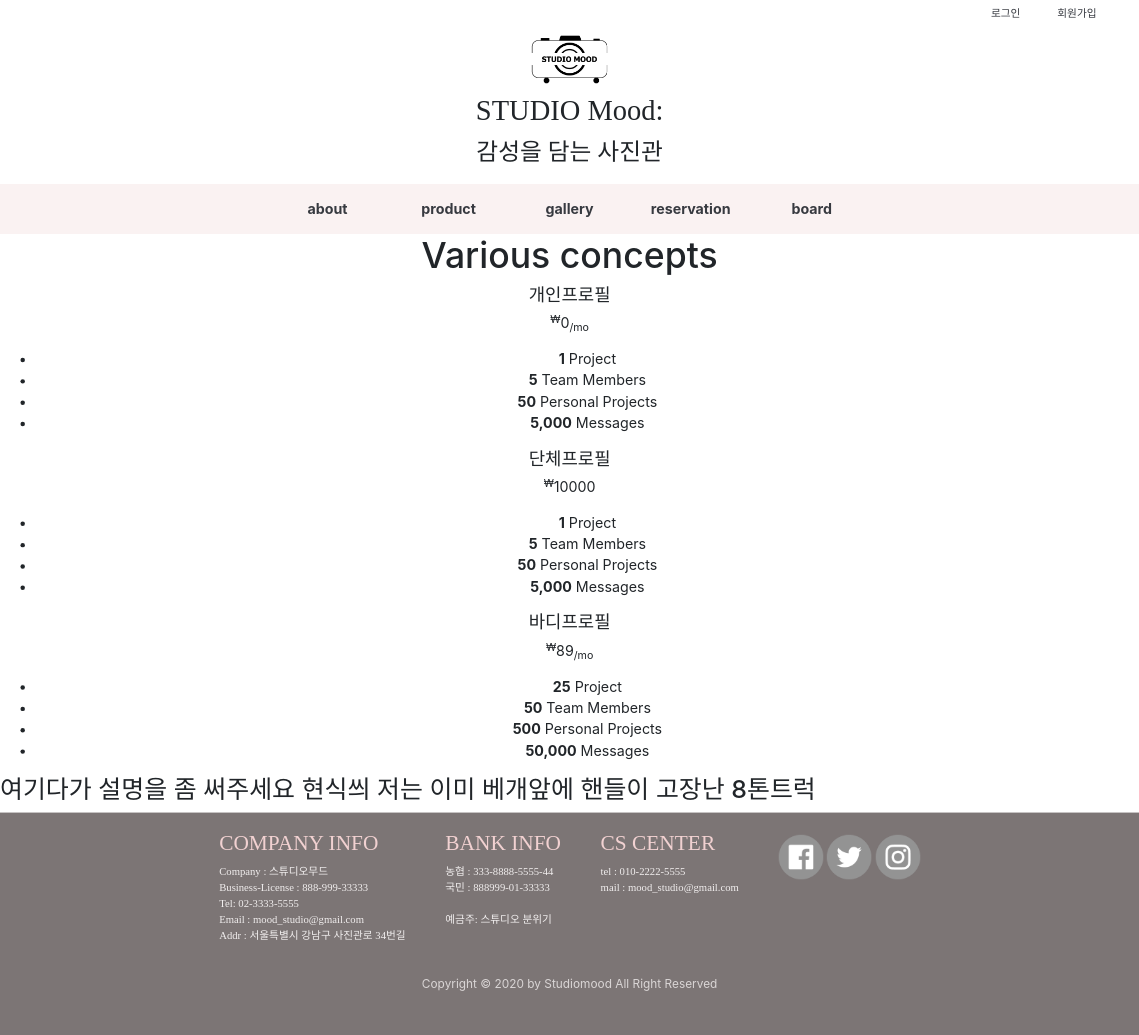
Repository: seugju/HSDsemi
Page: http://localhost/studioMood/views/product/productTest.jsp
The author's editor kept a copy of each file at every save. The page is drawn from the files as they stood at one save, then again after the next save.
The browser window is 1280 px wide. The pictures show the whole page, at 89% of full size.
Some web fonts or font styles are not loaded; a fallback is used. The page is served by Tomcat 9. Other server files are loaded and not shown.

Above is the page before, as saved 2020-12-02 16:35:37.

### project-workspace/studioMood/WebContent/views/product/productTest.jsp
<%@ page language="java" contentType="text/html; charset=UTF-8"
    pageEncoding="UTF-8"%>
<!DOCTYPE html PUBLIC "-//W3C//DTD HTML 4.01 Transitional//EN" "http://www.w3.org/TR/html4/loose.dtd">
<html>
<head>
<meta http-equiv="Content-Type" content="text/html; charset=UTF-8">
<title>Insert title here</title>
</head>
<style>
	@import url('https://fonts.googleapis.com/css?family=Open+Sans');
	.text-center {
	text-align: center;
}

</style>
<body>
<%@ include file="/WEB-INF/views/common/header.jsp" %>
<div class="explain-content">
	<h1 class="text-center">
Various concepts
</h1>

<div class="pricing-box-container">
	<div id="indiv" class="pricing-box text-center">
	<div class="opacity-div">
		<h5>개인프로필</h5>
		<p class="price"><sup>₩</sup>0<sub>/mo</sub></p>
		<ul class="features-list">
			<li><strong>1</strong> Project</li>
			<li><strong>5</strong> Team Members</li>
			<li><strong>50</strong> Personal Projects</li>
			<li><strong>5,000</strong> Messages</li>
		</ul>
		</div>
	</div>

	<div id="group" class="pricing-box text-center">
	<div class="opacity-div">
		<h5>단체프로필</h5>
		<p class="price"><sup>₩</sup>10000</p>
		<ul class="features-list">
			<li><strong>1</strong> Project</li>
			<li><strong>5</strong> Team Members</li>
			<li><strong>50</strong> Personal Projects</li>
			<li><strong>5,000</strong> Messages</li>
		</ul>
		</div>
	</div>

	<div id="body" class="pricing-box text-center">
	<div class="opacity-div">
		<h5>바디프로필</h5>
		<p class="price"><sup>₩</sup>89<sub>/mo</sub></p>
		<ul class="features-list">
			<li><strong>25</strong> Project</li>
			<li><strong>50</strong> Team Members</li>
			<li><strong>500</strong> Personal Projects</li>
			<li><strong>50,000</strong> Messages</li>
		</ul>

	</div>
	</div>
	<div class="explain-product">
		<h3>여기다가 설명을 좀 써주세요 현식씌  저는 이미 베개앞에 핸들이 고장난 8톤트럭 </h3>
	</div>
</div>

</div>
<%@ include file="/WEB-INF/views/common/footer.jsp" %>
</body>
</html>

### project-workspace/studioMood/WebContent/WEB-INF/views/common/header.jsp
<%@page import="member.model.vo.Member"%>
<%@ page language="java" contentType="text/html; charset=UTF-8"
    pageEncoding="UTF-8"%>
    <%
    	Member m = (Member)session.getAttribute("loginMember");
    %>
<!DOCTYPE html PUBLIC "-//W3C//DTD HTML 4.01 Transitional//EN" "http://www.w3.org/TR/html4/loose.dtd">
<html>
<head>
<meta http-equiv="Content-Type" content="text/html; charset=UTF-8">
<title>Insert title here</title>

<script type="text/javascript" src="http://code.jquery.com/jquery-3.3.1.js"></script>
    <link rel="stylesheet" href="https://maxcdn.bootstrapcdn.com/bootstrap/4.5.2/css/bootstrap.min.css">
    <script src="https://ajax.googleapis.com/ajax/libs/jquery/3.5.1/jquery.min.js"></script>
    <script src="https://cdnjs.cloudflare.com/ajax/libs/popper.js/1.16.0/umd/popper.min.js"></script>
    <script src="https://maxcdn.bootstrapcdn.com/bootstrap/4.5.2/js/bootstrap.min.js"></script>

     <style>
    	 @font-face {
            font-family: 'S-CoreDream-4Regular';
            src: url('https://cdn.jsdelivr.net/gh/projectnoonnu/noonfonts_six@1.2/S-CoreDream-4Regular.woff') format('woff');
            font-weight: normal;
            font-style: normal;
        }

		@font-face {
		    font-family: 'Cafe24Danjunghae';
		    src: url('https://cdn.jsdelivr.net/gh/projectnoonnu/noonfonts_twelve@1.1/Cafe24Danjunghae.woff') format('woff');
		    font-weight: normal;
		    font-style: normal;
		}

		@font-face {
		    font-family: 'KCC-eunyoung';
		    src: url('https://cdn.jsdelivr.net/gh/projectnoonnu/noonfonts_one@1.0/KCC-eunyoung-Regular.woff') format('woff');
		    font-weight: normal;
		    font-style: normal;
		}
        header{
            width: 100vw;
            z-index: 0;
        }

        .navbar {
            display: block;
            background-color: #faf2f2;
            margin: 0 auto;
            z-index : 2;
        }

        .logo {
            margin: 0 auto;
            width: 500px;
            text-align: center;
        }
        .logo >h2{
         	font-family: 'Cafe24Danjunghae';
         }

        .logo>p{
        	 font-family: 'KCC-eunyoung';
        	 font-size: 20pt;
        }

        .navi-menu,
        .navi-menu-top {
            /* menu ul */
            list-style: none;
            text-align: center;

        }

        .navi-menu-top {
            float: right;
        }

        .navi-menu {
            margin: 0 auto;
            width: 680px;
            height: 40px;
        }

        .navi-menu>li {
            width: 125px;
            margin: 0 auto;
        }

        .navi-menu li>a {
            width: 100%;
            height: 30px;
            box-sizing: border-box;
            text-align: center;
            display: block;
            float: left;
        }
        .nav-link {
            color: #373a40;
            font-weight: bold;

        }
        .nav-link:hover{
        	color:#f1d1d1  ;
        }


        .navi-menu-top {
            display: inline-block;
        }

        .nav-top {
     	   	font-family: 'S-CoreDream-4Regular';
            width: 1200px;
            float: right;
            padding-right: 30px;
        }

        .navi-menu-top li {
            width: 80px;
            height: 30px;
            float: left;
        }

        .navi-menu-top li>a {
            width: 100%;
            height: 100%;
            display: inline-block;
            font-size: 9pt;
            line-height: 30px;
            color: #373a40;
        }
        .subMenu {
            margin-top: 10px;
            padding: 0;
            list-style-type: none;
            display :none;
             z-index : 1;
        }

		.subMenu>li {
            background-color: rgba(250,242,242,0.8);
        }

        .subMenu li>a {
            margin: 0;
            padding: 0;
            font-size: 10pt;
            display: inline-block;
            width: 125px;
            float: none;
            color: #373a40;

            /*transition-duration: 1s;*/
        }

        .subMenu>li:first-child>a {
            margin-top: 20px;
       	 }

           a{
		      text-decoration: none;
		      color:black;
		   }
		   a:hover{
		      text-decoration: none;
		      color:#e6d1d8;
		   }

        .subMenu{
            margin: 0;
            padding: 0;
            list-style-type: none;
            transition-duration: 2s;
        }
        .subMenu li>a{
            margin: 0;
            padding: 0;
            display: inline-block;
            width: 125px;
            float: none;
        }
        .subMenu>li:first-child>a {
            margin-top: 30px;
        }
        .subMenu li>a:hover {
       		color:#968c83;
           font-weight: bold;
        }

    </style>

        <script>
         $(document).ready(function() {
            var subMenu = $(".subMenu");
            subMenu.hide();
            var navMenu = $(".navi-menu>li>a");
            var idx = navMenu.index();

             $(".navi-menu>li>a").click(function() {
                $(this).next().stop().slideToggle(300);
            });


        });


    </script>
</head>
<body>

     <div class="nav-top">
     <%if(m != null) { //로그인 된 상태%>
     	<ul class="navbar-nav navi-menu-top" id="login-nav">
            <li>
                <a class="nav-top-link" href="/logout">로그아웃</a>
            </li>
            <li>
            <%if(m.getMemberLevel() == 0) {%>
                <a class="nav-top-link" href="/adminPage">관리자페이지</a>
            <%}else{ %>
                <a class="nav-top-link" href="/myPage?memberId=<%=m.getMemberId()%>">마이페이지</a>
            <%} %>
            </li>
        </ul>
     <%}else { %>
     	<ul class="navbar-nav navi-menu-top" id="logout-nav">
            <li>
                <a class="nav-top-link" href="/views/member/login.jsp">로그인</a>
            </li>
            <li>
                <a class="nav-top-link" href="/views/member/join.jsp">회원가입</a>
            </li>
        </ul>
     <%} %>
    </div>

    <div class="container-fluid">
        <br>
        <div class="logo">
            <img src="/img/logo.png" width="100px;" onclick="location.href = '/'">
            <h2>STUDIO Mood:</h2>
            <p>감성을 담는 사진관 </p>
        </div>
    </div>

   <nav class="navbar navbar-expand-sm sticky-top">
        <ul class="navbar-nav navi-menu">
            <li class="nav-item">
                <a class="nav-link" href="#">about</a>

                <ul class="subMenu">
                    <li><a class="nav-link sub-nav-item" href="/about">studio 'mood'</a></li>

                </ul>
            </li>
            <li class="nav-item">
                <a class="nav-link" href="/views/product/product.jsp">product</a>
            </li>
            <li class="nav-item">
                <a class="nav-link" href="#">gallery</a>
                <ul class="subMenu">
                    <li><a class="nav-link sub-nav-item" href="#">개인프로필</a></li>
                    <li><a class="nav-link sub-nav-item" href="#">바디프로필</a></li>
                    <li><a class="nav-link sub-nav-item" href="#">단체프로필</a></li>
                </ul>
            </li>
            <li class="nav-item">
                <a class="nav-link" href="#">reservation</a>
                <ul class="subMenu">
                    <li><a class="nav-link sub-nav-item" href="/test">예약</a></li>
                    <li><a class="nav-link sub-nav-item" href="/searchReserve">예약확인</a></li>
                </ul>
            </li>
            <li class="nav-item">
                <a class="nav-link" href="#">board</a>
                <ul class="subMenu">
                    <li><a class="nav-link sub-nav-item" href="/noticeList?reqPage=1">공지사항</a></li>
                    <li><a class="nav-link sub-nav-item" href="/qnaList?reqPage=1">QnA</a></li>
                    <li><a class="nav-link sub-nav-item" href="/postList?reqPage=1">후기</a></li>
                    <li><a class="nav-link sub-nav-item" href="/faqList?reqPage=1">FAQ</a></li>
                </ul>
            </li>
        </ul>
    </nav>


</body>
</html>

### project-workspace/studioMood/WebContent/WEB-INF/views/common/footer.jsp
<%@ page language="java" contentType="text/html; charset=UTF-8"
    pageEncoding="UTF-8"%>
<!DOCTYPE html PUBLIC "-//W3C//DTD HTML 4.01 Transitional//EN" "http://www.w3.org/TR/html4/loose.dtd">
<html>
<head>
<meta http-equiv="Content-Type" content="text/html; charset=UTF-8">
<title>Insert title here</title>

<style>
		 @font-face {
            font-family: 'S-CoreDream-4Regular';
            src: url('https://cdn.jsdelivr.net/gh/projectnoonnu/noonfonts_six@1.2/S-CoreDream-4Regular.woff') format('woff');
            font-weight: normal;
            font-style: normal;
        }

        @font-face {
            font-family: 'S-CoreDream-5Medium';
            src: url('https://cdn.jsdelivr.net/gh/projectnoonnu/noonfonts_six@1.2/S-CoreDream-5Medium.woff') format('woff');
            font-weight: normal;
            font-style: normal;
        }
        .footer{
            background-color: rgb(124, 117, 117);
            text-align: center;

            height: 250px;
            margin: 0;
            padding: 0;
            z-index: 0;
        }
        .footerBox{
            margin: 20px;
            text-align: left;
            display: inline-block
        }
        .footerBox >h2{
       		font-family: 'S-CoreDream-5Medium';
            color: rgb(241, 209, 209);
            font-size: 18pt;
        }
        .footerBox>p{
        	font-family: 'S-CoreDream-4Regular';
        	font-size: 9pt;
            color: rgb(241, 238, 238);
        }
        .footer-top,
        .footer-bottom{
        	margin : 0 auto;
            width: 1198px;
        }
        .footer-bottom>p{
          color: rgba(241, 238, 238, 0.8);
          font-size: 10pt;
        }
        .icon{

        }
        .icon>img{

            width: 50px;
        }
    </style>
</head>
<body>
 <footer>
       <div class="footer">
           <div class="footer-top">
                <div class="footerBox company-info" width:310px;>
                <h2>COMPANY INFO</h2>
                <p>
                    Company : 스튜디오무드 <br>
                    Business-License : 888-999-33333<br>
                    Tel: 02-3333-5555<br>
                    Email : mood_studio@gmail.com<br>
                    Addr : 서울특별시 강남구 사진관로 34번길<br>
                </p>
            </div>
            <div class="footerBox bank-info" width:180px;>
                <h2>BANK INFO</h2>
                <p>
                    농협 : 333-8888-5555-44 <br>
                    국민 : 888999-01-33333<br><br>
                    예금주: 스튜디오 분위기<br><br>

                </p>
            </div>
            <div class="footerBox cs" width:230px;>
                <h2>CS CENTER</h2>
                <p>
                    tel : 010-2222-5555 <br>
                    mail : mood_studio@gmail.com<br><br><br><br>
                </p>
            </div>
           <div class="footerBox icon" width:130px;>
               <img src="/img/Facebook_1.png">
               <img src="/img/Twitter_1.png">
               <img src="/img/Instagram_1.png">
               <p><br><br><br><br></p>
           </div>
           </div>

            <div class="footer-bottom">
                <p>Copyright &copy; 2020 by Studiomood All Right Reserved</p>
            </div>

       </div>

   </footer>

</body>
</html>

After the next save:
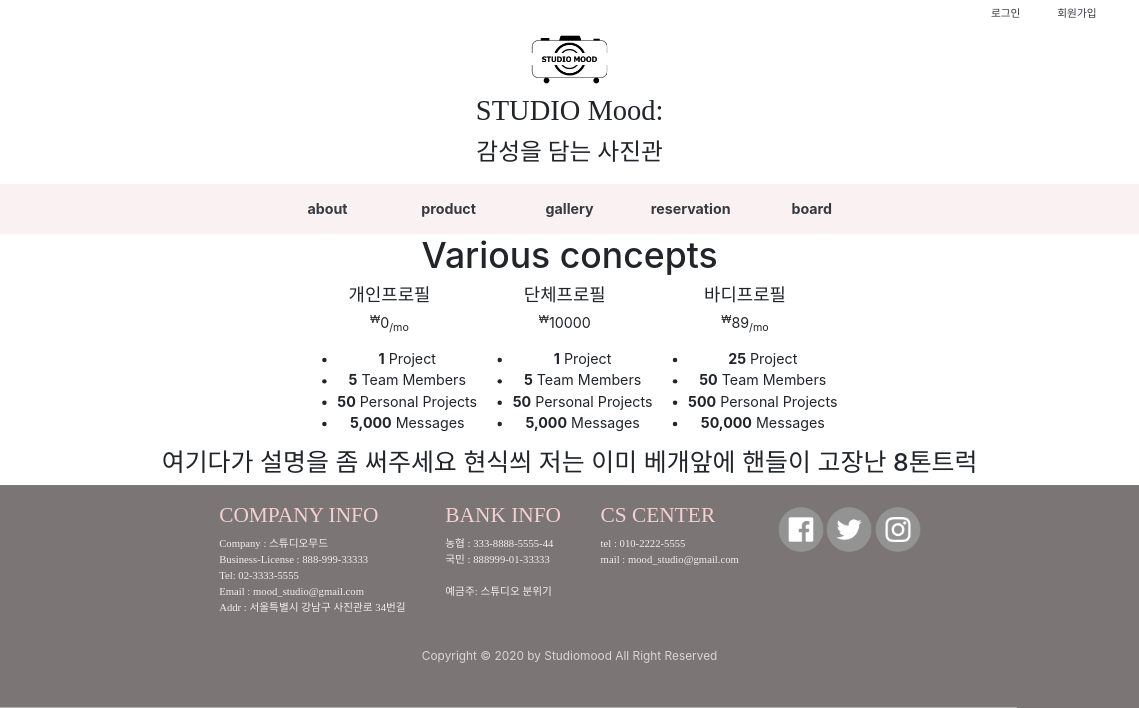
Saved 25 s later.
--- a/project-workspace/studioMood/WebContent/views/product/productTest.jsp
+++ b/project-workspace/studioMood/WebContent/views/product/productTest.jsp
@@ -10,6 +10,12 @@
 	@import url('https://fonts.googleapis.com/css?family=Open+Sans');
 	.text-center {
 	text-align: center;
+}
+	.pricing-box-container {
+	display: flex;
+	align-items: center;
+	justify-content: center;
+	flex-wrap: wrap;
 }
 
 </style>
